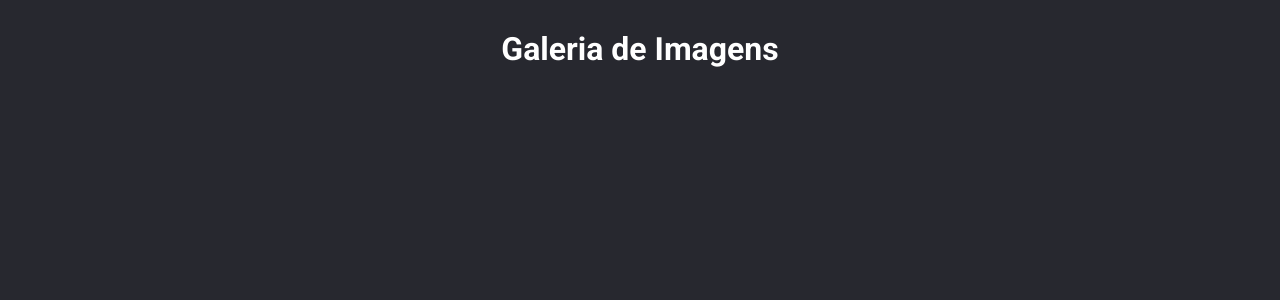
Repository: guilhermecardoso93/imagesapp
Page: /
The author's editor kept a copy of each file at every save. The page is drawn from the files as they stood at one save, then again after the next save.
The browser window is 1280 px wide. The pictures show the whole page.
The project was rebuilt for these pictures with package versions that can differ from the ones it lists, and the page was loaded fresh each time.

Above is the page before, as saved 2022-11-13 21:53:11.

After the next save:
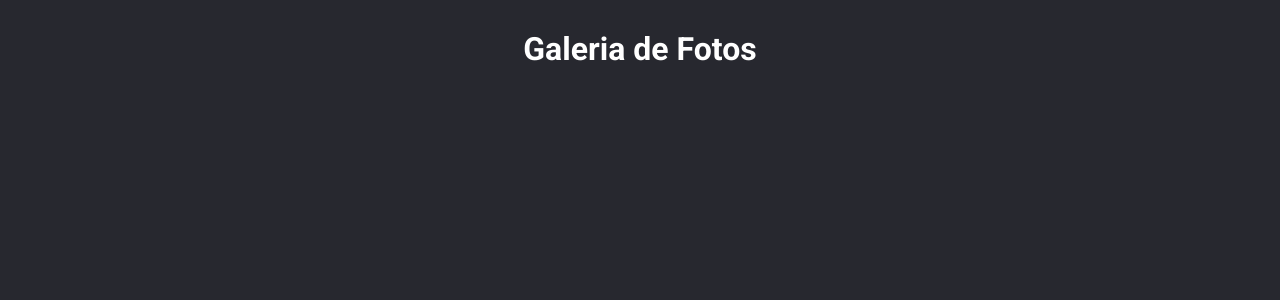
Saved 21 s later.
--- a/src/App.tsx
+++ b/src/App.tsx
@@ -4,7 +4,7 @@ export function App() {
   return (
     <Container>
       <Area>
-        <Header>Galeria de Imagens</Header>
+        <Header>Galeria de Fotos</Header>
       </Area>
     </Container>
   );
